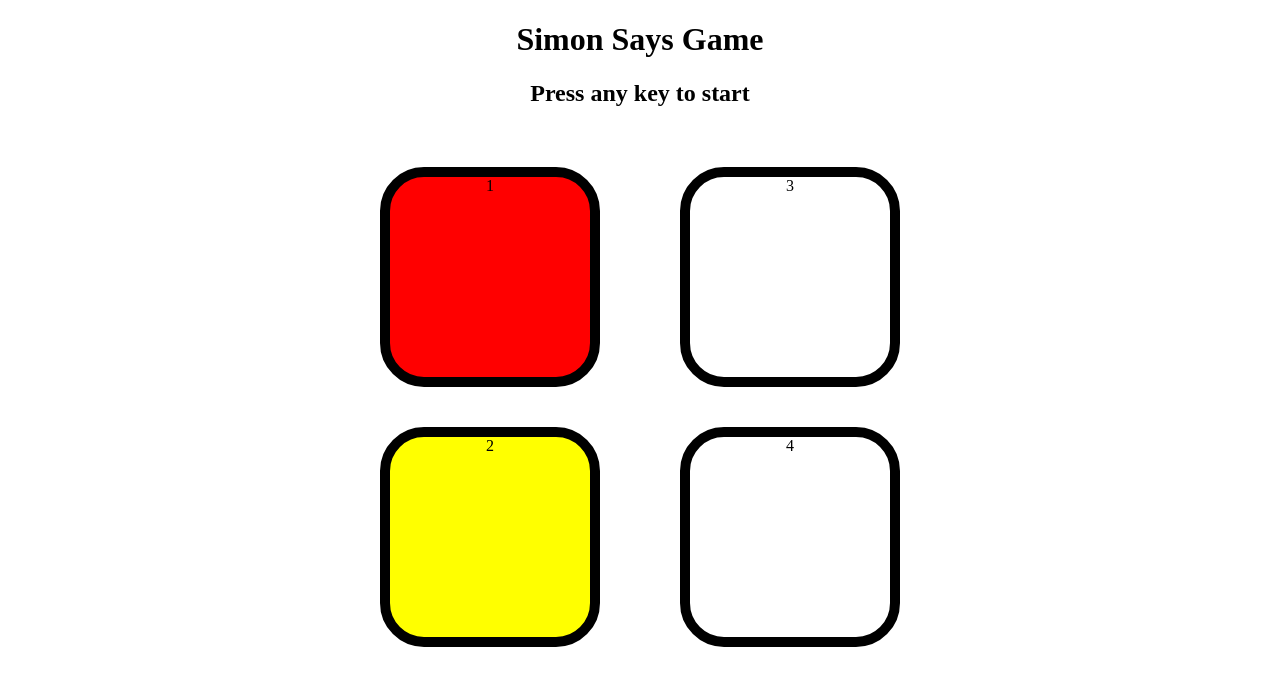
Repository: Manish-tomar-aligarh/Simon-Says-Game
Page: index.html
An editor plug-in stored every save of this project. The page is shown before and after a run of saves, followed by the edit.
The browser window is 1280 px wide. The pictures show the whole page.

Above is the page before, as saved 2025-05-25 11:30:54.

After the next 5 saves:
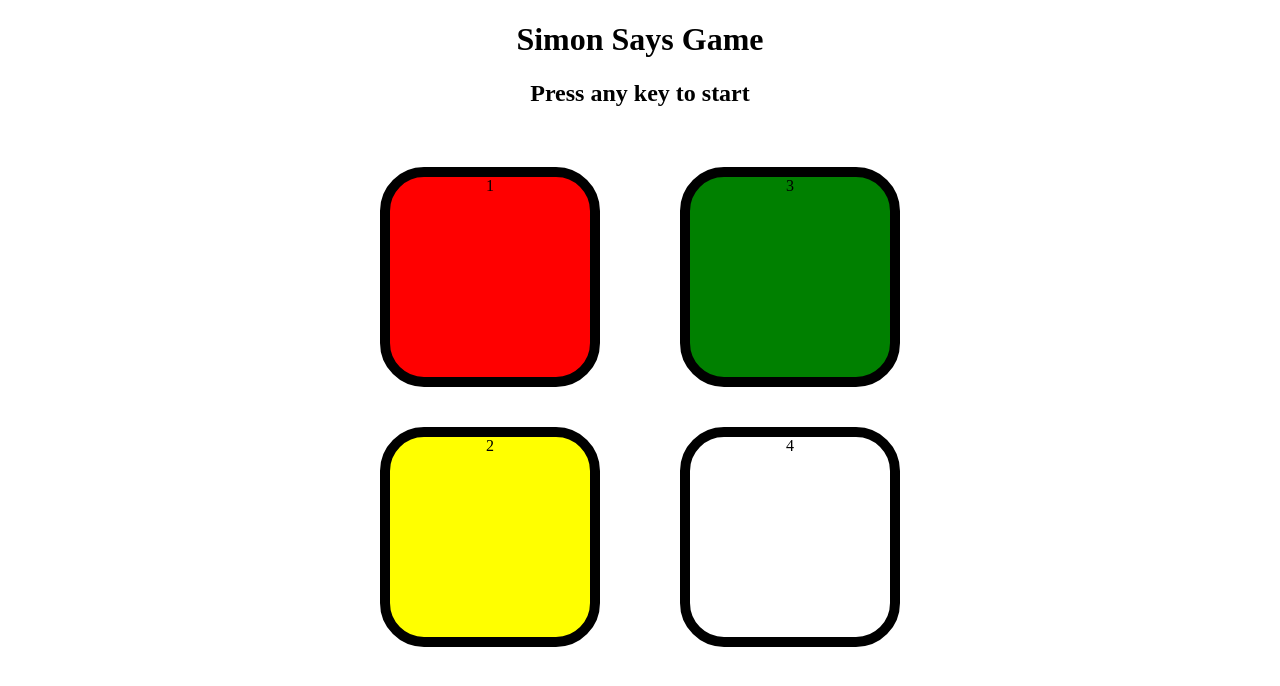
The 5 saves are shown as one change because they came seconds apart.
The last was saved 16 s later.
--- a/style.css
+++ b/style.css
@@ -21,3 +21,6 @@ body{
 .red{
     background-color: red;
 }
+.green{
+    background-color: green;
+}
